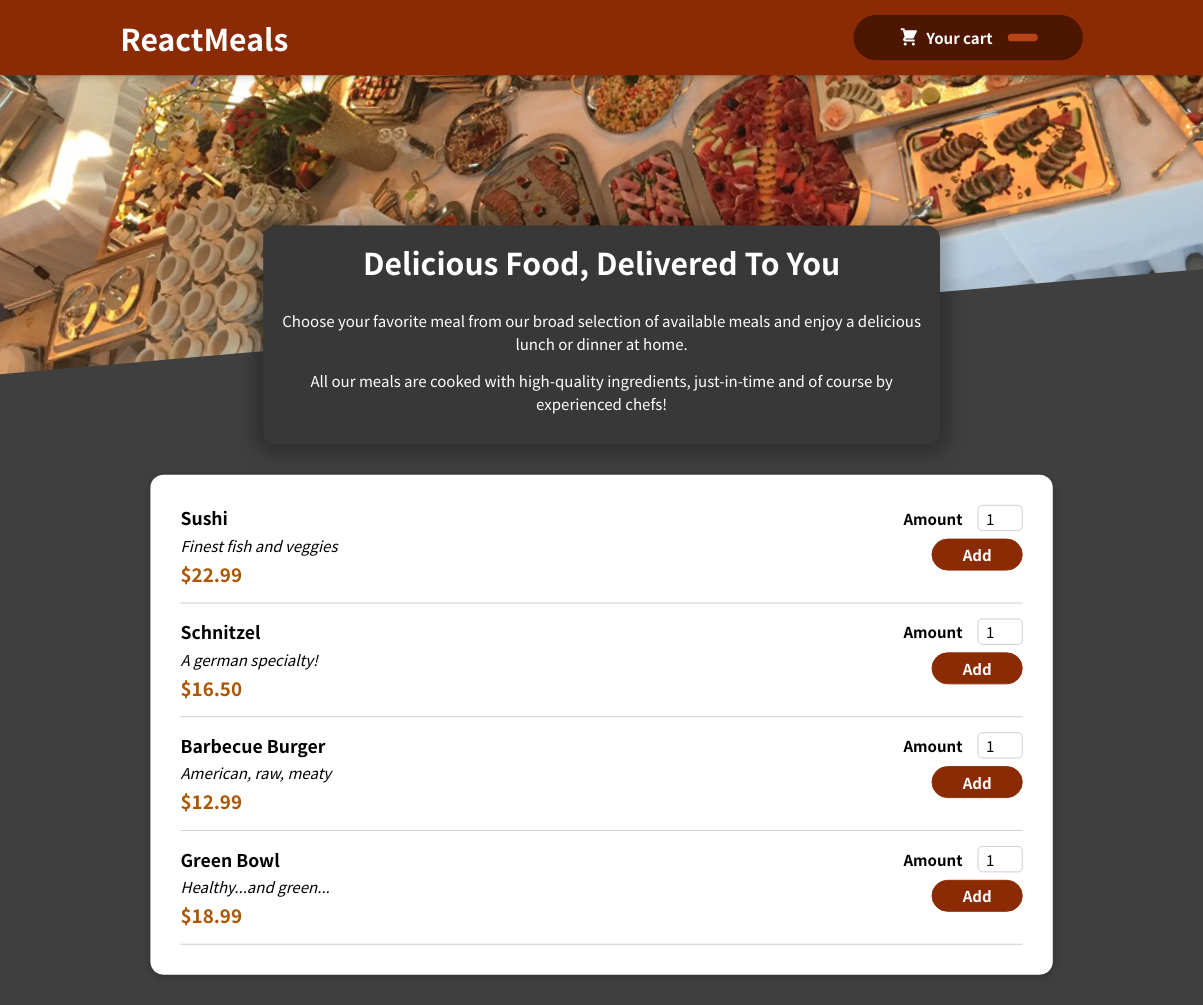
Repository: TonyHoukun-2022/React-foodApp-demo
Page: / (app in Desktop/REACT/React_FoodOrderApp/)
An editor plug-in stored every save of this project. The page is shown before and after the next save, followed by the edit.
The browser window is 1280 px wide. The pictures show the whole page, at 94% of full size.
The project was rebuilt for these pictures with package versions that can differ from the ones it lists, and the page was loaded fresh each time. Also part of the build but not shown: Desktop/REACT/React_FoodOrderApp/src/components/Cart/ShoppingCart.module.css, Desktop/REACT/React_FoodOrderApp/src/components/UI/Modal.module.css, Desktop/REACT/React_FoodOrderApp/src/components/UI/Modal.js, Desktop/REACT/React_FoodOrderApp/src/components/Cart/ShoppingCart.js.

Above is the page before, as saved 2021-12-05 18:51:22.

After the next save:
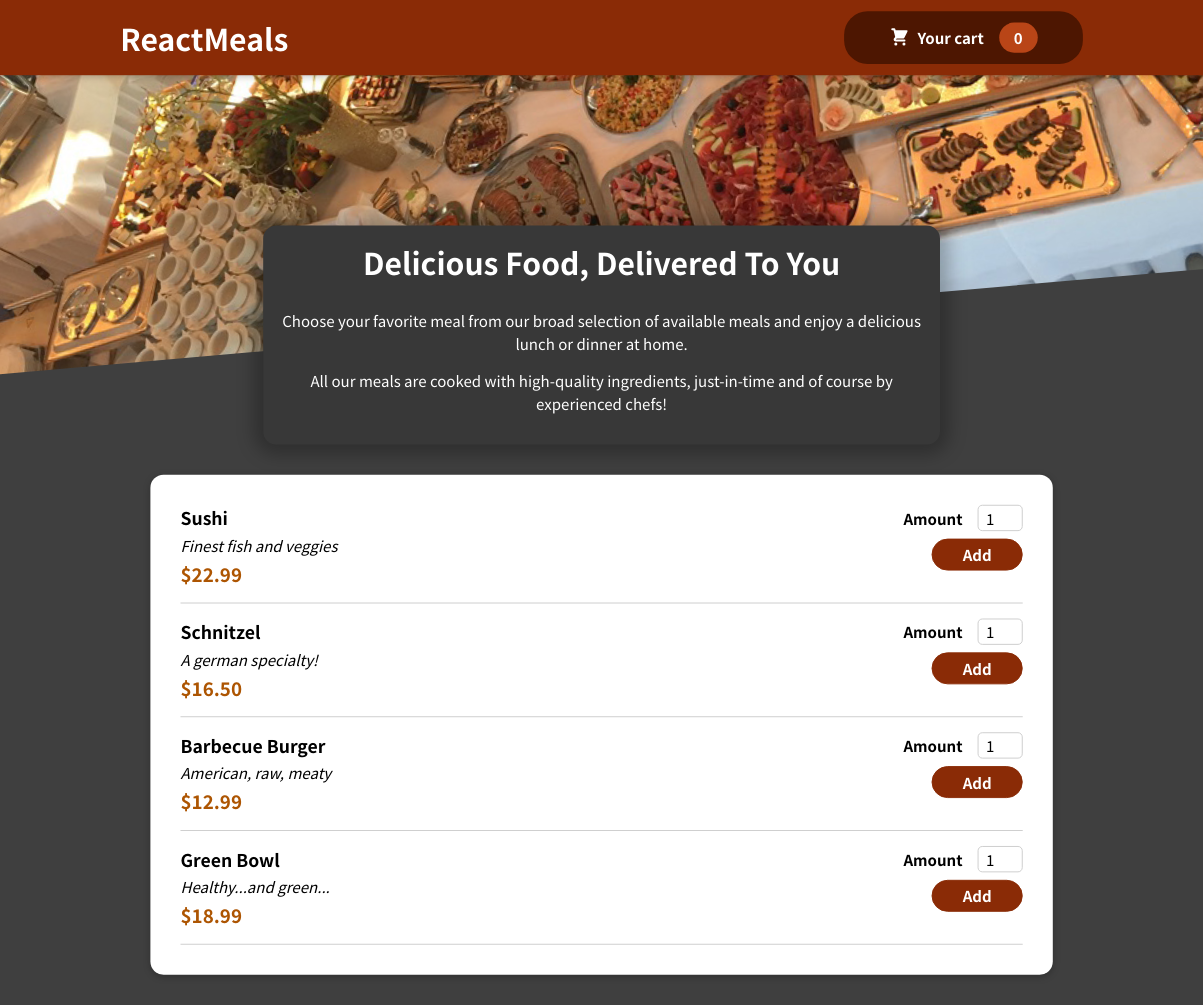
Saved 72 min 53 s later.
--- a/Desktop/REACT/React_FoodOrderApp/src/components/Layout/HeaderCartButton.js
+++ b/Desktop/REACT/React_FoodOrderApp/src/components/Layout/HeaderCartButton.js
@@ -14,7 +14,7 @@ const HeaderCartButton = (props) => {
         <CartIcon></CartIcon>
       </span>
       <span>Your cart</span>
-      <span className={styles.badge}>{}</span>
+      <span className={styles.badge}>{numOfCartItems}</span>
     </button>
   )
 }
